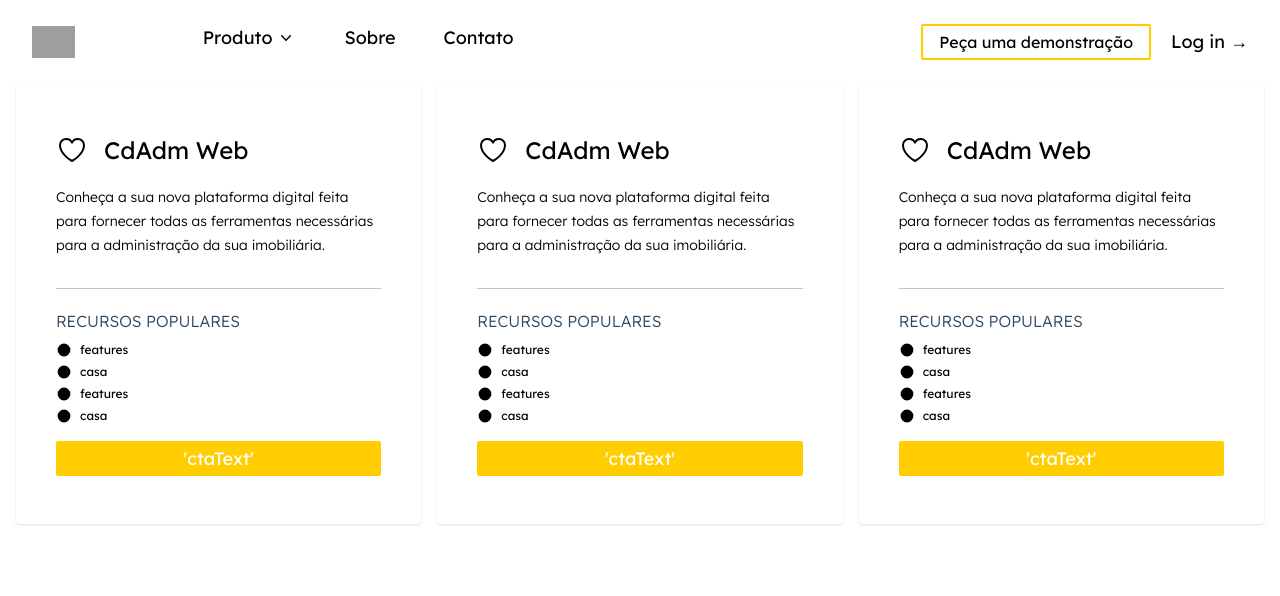
Repository: VereAbsolutum/site-institucional
Page: /
The author's editor kept a copy of each file at every save. The page is drawn from the files as they stood at one save, then again after the next save.
The browser window is 1280 px wide. The pictures show the whole page.
Pictures or frames that could not be fetched are drawn as grey boxes. The project was rebuilt for these pictures with package versions that can differ from the ones it lists, and the page was loaded fresh each time. Also part of the build but not shown: vite.config.ts, src/presentation/components/buttons/button-primary.tsx, src/presentation/components/links/link-border-primary.tsx, src/presentation/components/links/link-border-white.tsx, src/presentation/components/typography/display.tsx, src/presentation/components/typography/heading1.tsx, src/presentation/components/typography/heading2.tsx, src/presentation/components/typography/heading3.tsx and 2 more.

Above is the page before, as saved 2023-04-15 00:06:45.

After the next save:
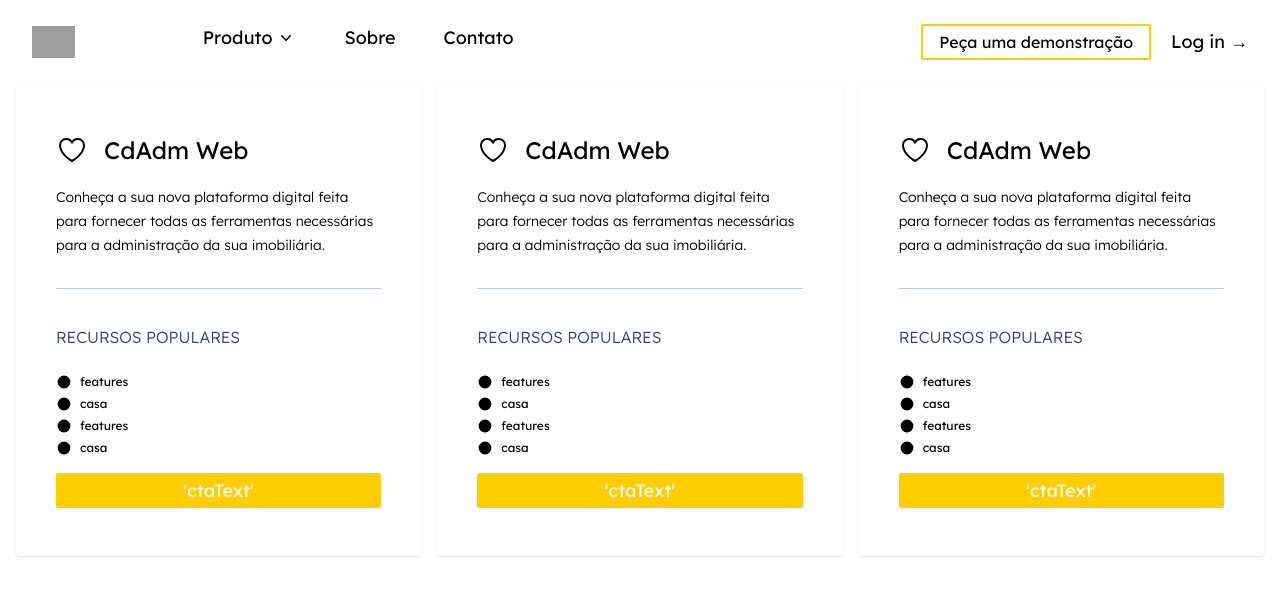
Saved 20 s later.
--- a/src/presentation/components/card/product-card.tsx
+++ b/src/presentation/components/card/product-card.tsx
@@ -27,7 +27,7 @@ const ProductCard: React.FC = () => {
                     </p>
                     <div className='border-t-black border-t border-solid pt-5'>
                         <h4 className="mb-2">
-                            <TextParagraph className='font-thin my-4'>
+                            <TextParagraph className='font-thin my-4 inline-block'>
                                 RECURSOS POPULARES
                             </TextParagraph>
                         </h4>
